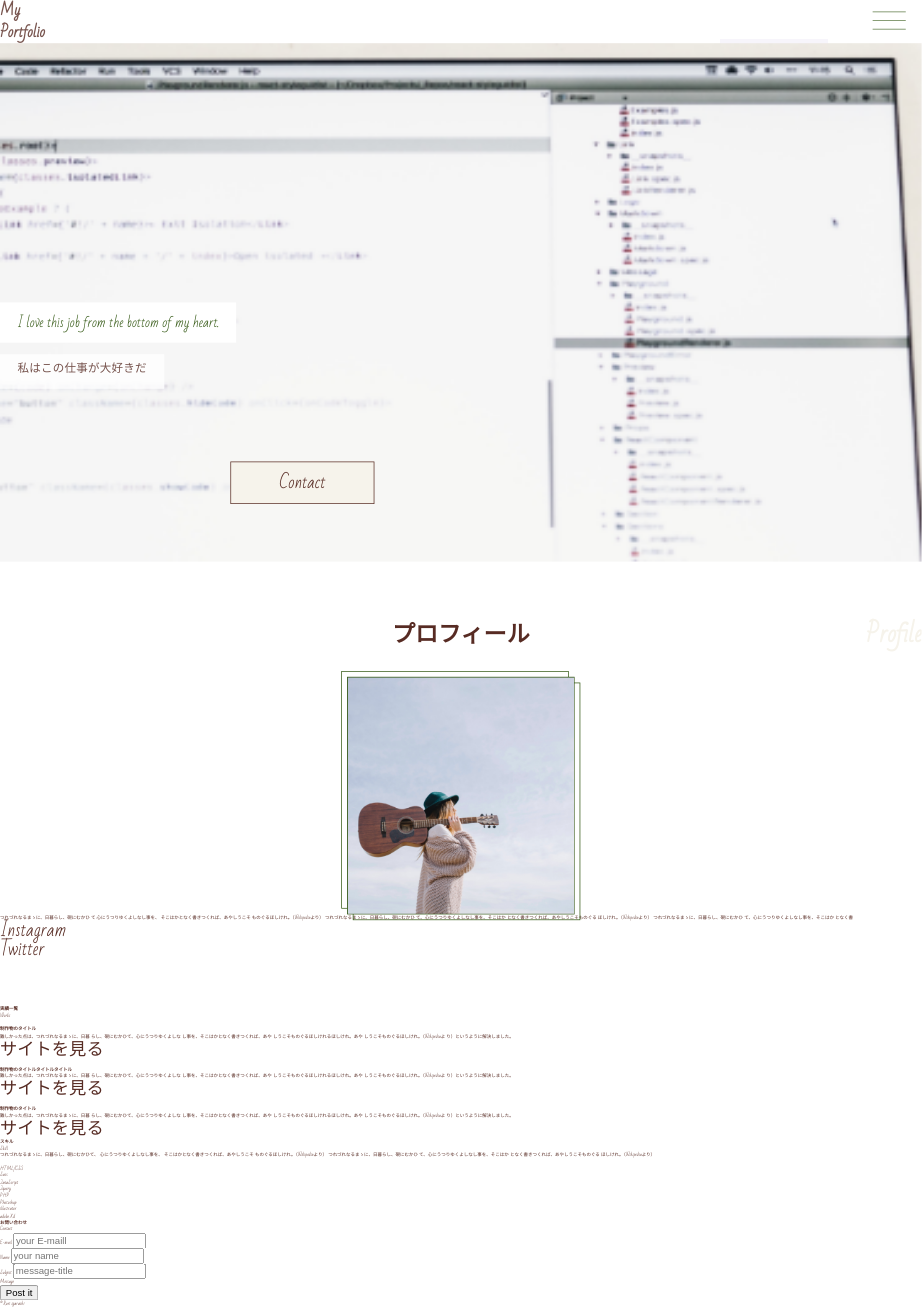
Repository: ppmp556/igarashi.kakuu
Page: index.html
An editor plug-in stored every save of this project. The page is shown before and after the next save, followed by the edit.
The browser window is 1280 px wide. The pictures show the whole page, at 72% of full size.
Some web libraries are served in a nearby version. The style sheet was rebuilt from its Sass, Less or Tailwind sources for each picture, by a compiler version that may differ from the author's.

Above is the page before, as saved 2020-10-25 17:27:50.
Console error: TypeError: Cannot read properties of null (reading 'addEventListener')

After the next save:
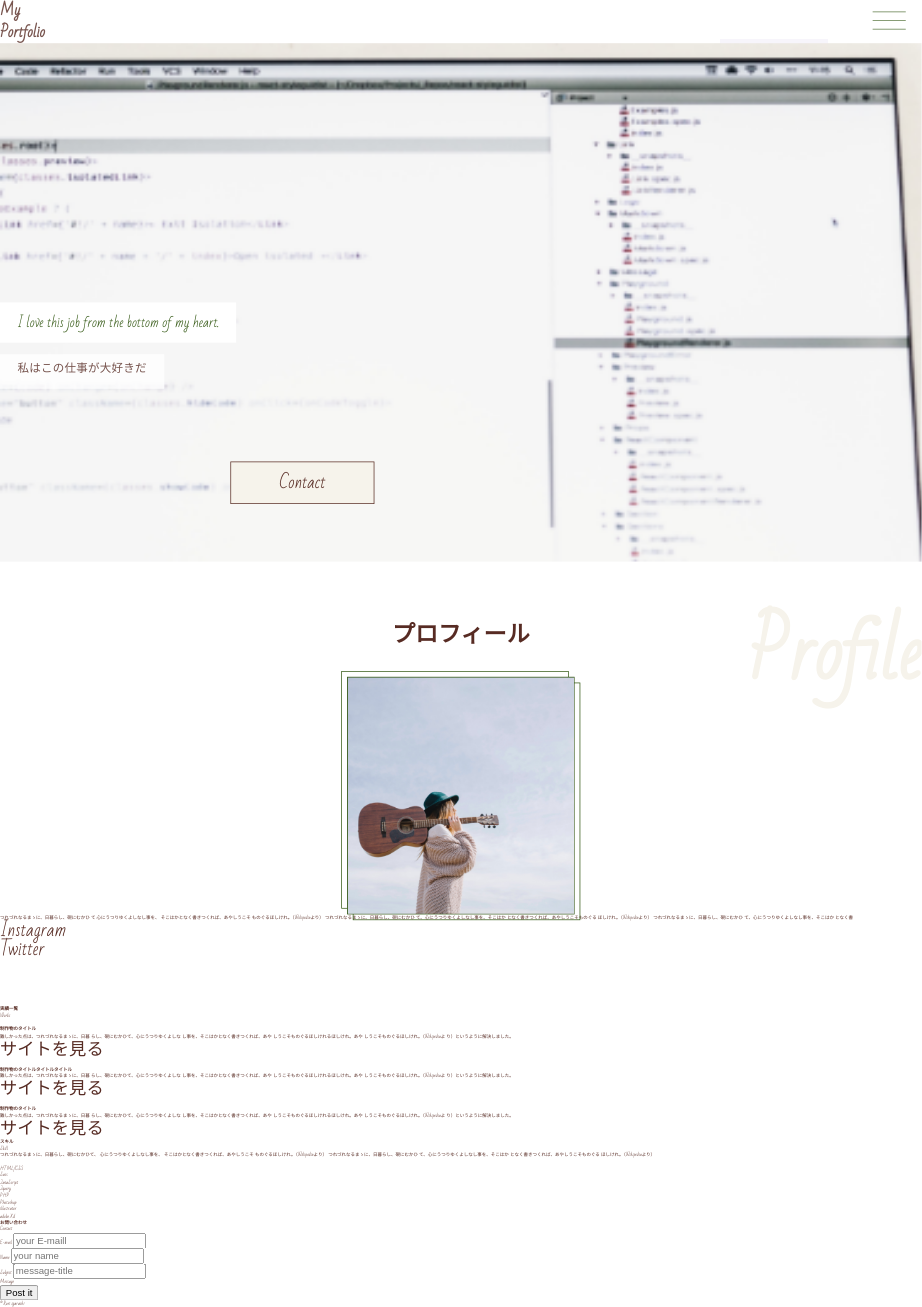
Saved 21 s later.
--- a/scss/style.scss
+++ b/scss/style.scss
@@ -389,6 +389,7 @@ profile
             z-index: -1;
             color: $cBgColor;
             opacity: 1;
+            font-size: 100px;
         }
 
 
